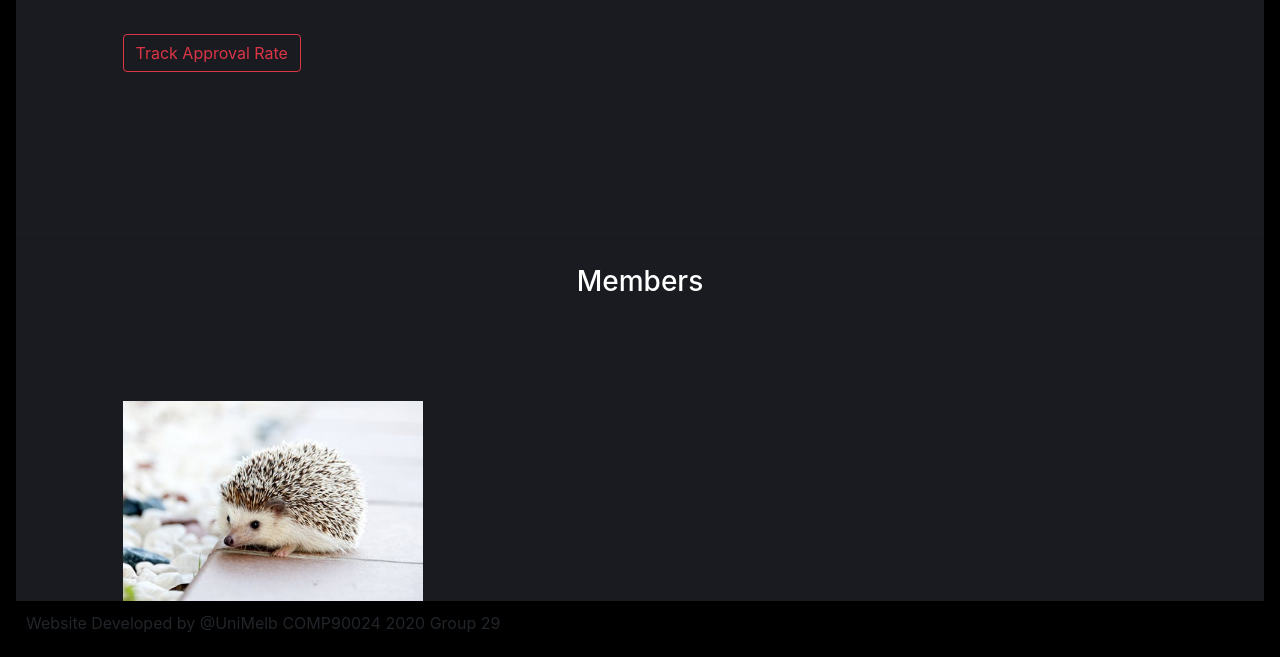
Repository: gusyi/COMP90024_Team29
Page: frontend/templates/frontend/home.html
An editor plug-in stored every save of this project. The page is shown before and after the next save, followed by the edit.
The browser window is 1280 px wide. The pictures show the part of the page from y = 679 to 1336 px (the page is 1336 px tall).
Some web libraries are served in a nearby version. The template is drawn by Django 3.2. The application's start-up code is not run. The template is opened directly, without the code that normally fills it, so the values that code supplies are empty.

Above is the page before, as saved 2020-05-25 23:23:14.

After the next save:
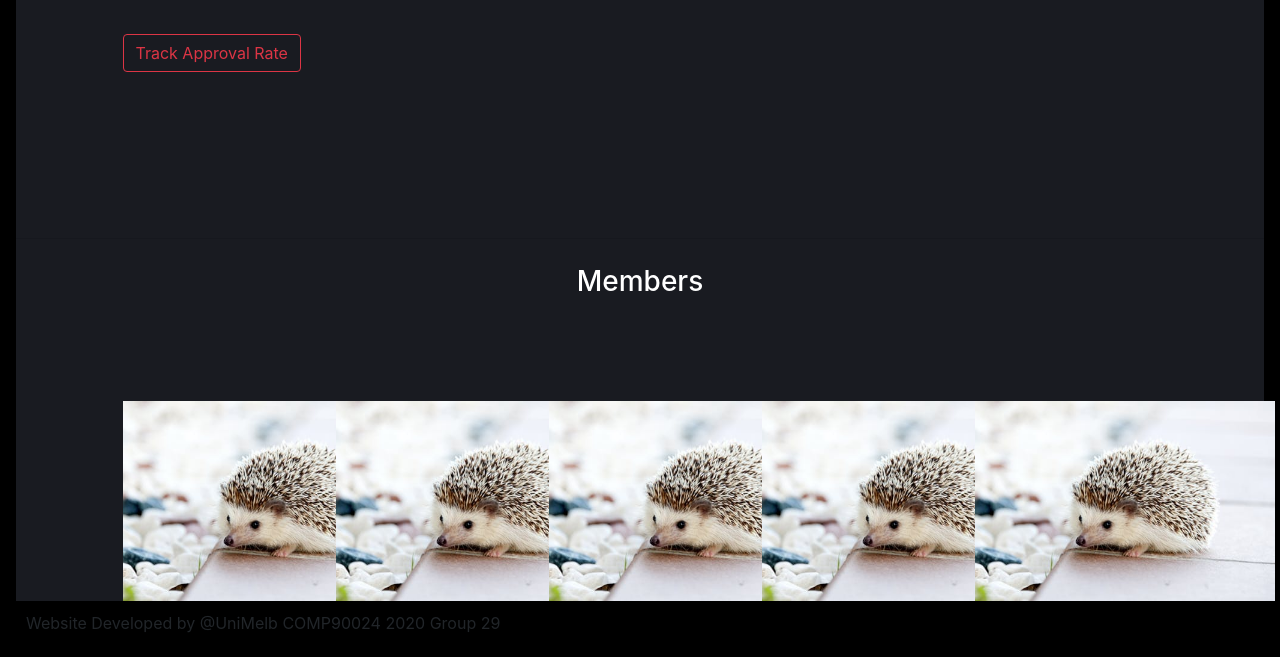
Saved 25 s later.
--- a/backend/frontend/templates/frontend/home.html
+++ b/backend/frontend/templates/frontend/home.html
@@ -51,6 +51,34 @@
 
 
         </div>
+        <div class="col-sm-2">
+            <div style="height: 50px"></div>
+            {% load static %}
+            <img src="{% static 'frontend/images/pic1.jpeg' %}" width="300" height="200"/>
+
+
+        </div>
+        <div class="col-sm-2">
+            <div style="height: 50px"></div>
+            {% load static %}
+            <img src="{% static 'frontend/images/pic1.jpeg' %}" width="300" height="200"/>
+
+
+        </div>
+        <div class="col-sm-2">
+            <div style="height: 50px"></div>
+            {% load static %}
+            <img src="{% static 'frontend/images/pic1.jpeg' %}" width="300" height="200"/>
+
+
+        </div>
+        <div class="col-sm-2">
+            <div style="height: 50px"></div>
+            {% load static %}
+            <img src="{% static 'frontend/images/pic1.jpeg' %}" width="300" height="200"/>
+
+
+        </div>
 
     </div>
 
